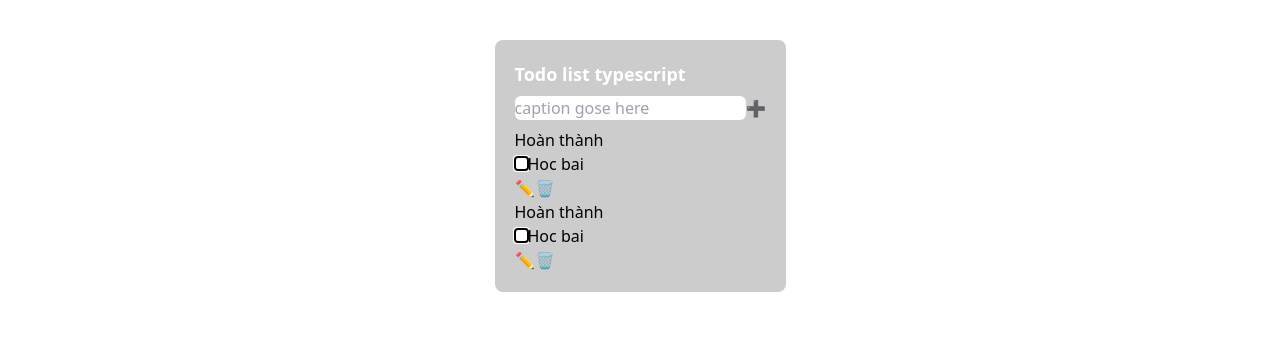
Repository: VIET-TU/react-super-main
Page: / (app in todolist-mybuild/)
These files come from the project's save history. The page is drawn as it stood at one moment and after the next save; the edit follows.
The browser window is 1280 px wide. The pictures show the whole page.
The project was rebuilt for these pictures with package versions that can differ from the ones it lists, and the page was loaded fresh each time. Also part of the build but not shown: todolist-mybuild/vite.config.ts.

Above is the page before, as saved 2023-05-16 06:51:19.

After the next save:
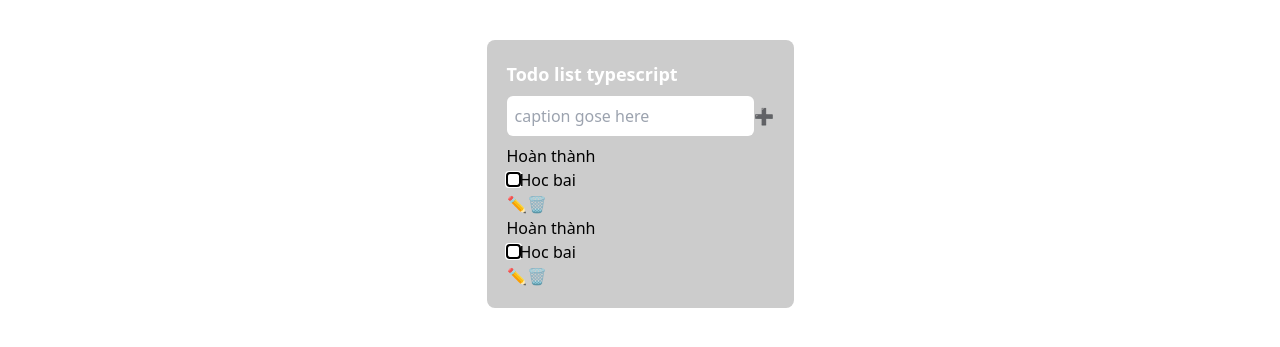
Saved 17 s later.
--- a/todolist-mybuild/src/components/TaskInput/TaskInput.tsx
+++ b/todolist-mybuild/src/components/TaskInput/TaskInput.tsx
@@ -5,7 +5,7 @@ const TaskInput = () => {
     <div className='mb-2'>
       <h1 className='mb-2 text-lg font-bold text-white'>Todo list typescript</h1>
       <form placeholder='enter your text'>
-        <input className='rounded-md outline-0' type='text' placeholder='caption gose here' />
+        <input className='p-2 rounded-md outline-0' type='text' placeholder='caption gose here' />
         <button type='submit'>➕</button>
       </form>
     </div>
